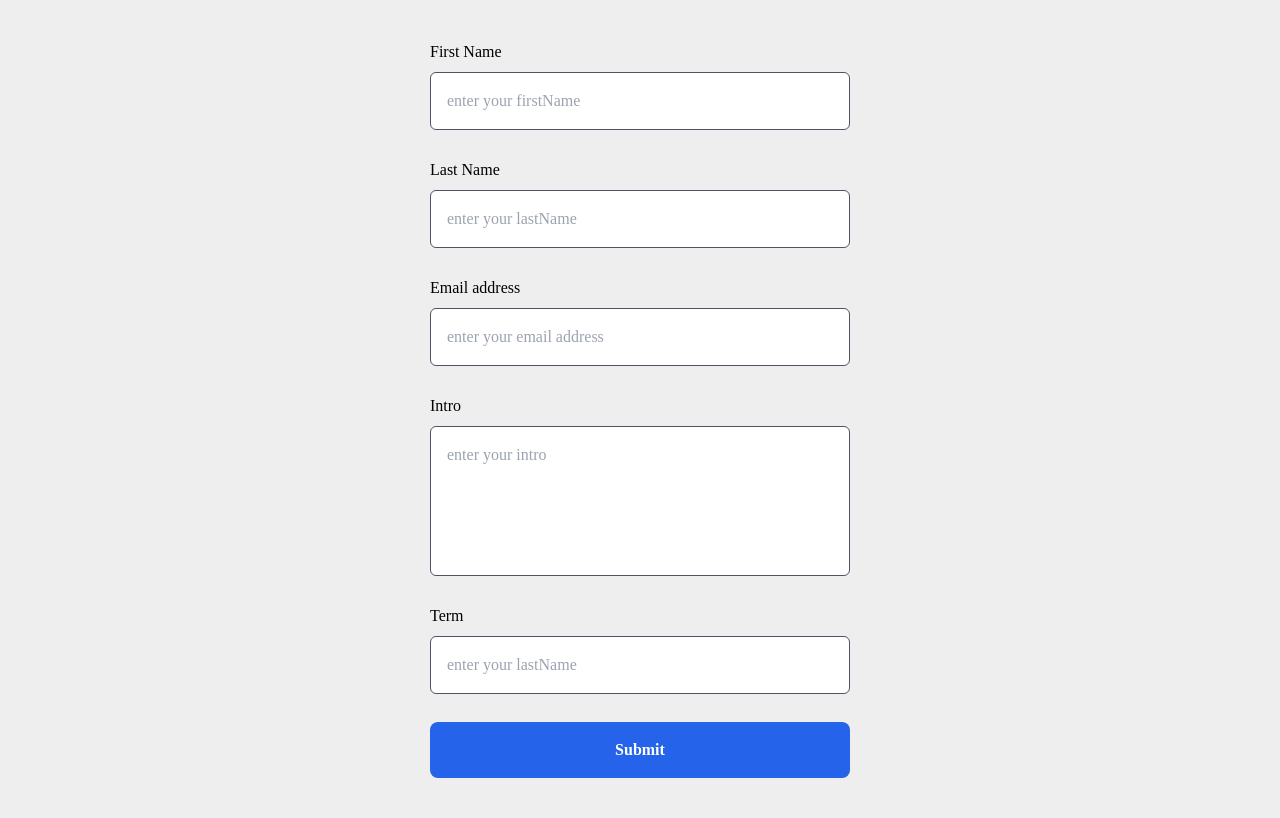
Repository: 16-Doffy/Fe-Khhoahoc
Page: /
The author's editor kept a copy of each file at every save. The page is drawn from the files as they stood at one save, then again after the next save.
The browser window is 1280 px wide. The pictures show the whole page.
The project was rebuilt for these pictures with package versions that can differ from the ones it lists, and the page was loaded fresh each time. Also part of the build but not shown: src/App.css.

Above is the page before, as saved 2025-02-11 20:11:03.

### src/index.js
import React from 'react';
import ReactDOM from 'react-dom/client';
import './index.css';
import App from './App';
import reportWebVitals from './reportWebVitals';
import "./index.scss"
const root = ReactDOM.createRoot(document.getElementById('root'));
root.render(
  <React.StrictMode>
    <App />
  </React.StrictMode>
);

// If you want to start measuring performance in your app, pass a function
// to log results (for example: reportWebVitals(console.log))
// or send to an analytics endpoint. Learn more: https://bit.ly/CRA-vitals
reportWebVitals();

### src/App.js
import "./App.css";
import SignUpFormV2Final from "./components/Form/SignUpFormV2Final";


function App() {
  return (
    <div>
      <SignUpFormV2Final />
    </div>
  );
}

export default App;

//<CardList><Card2/>
// const theme = {
//   //wanna change color in the future come here to change
//   colors: {
//     blue: "#2979ff",
//   },
//   orange: "#ffa440",
// };
// {/* <ThemeProvider theme={theme}>
// <CardList>
// <Card2 secondary={true}></Card2>
// <Card2 secondary={false}></Card2>
// <Card2 secondary={true}></Card2>
// <Card2 secondary={false}></Card2>
// <Card2 secondary={true}></Card2>
//  </CardList>
// </ThemeProvider> */}

### src/index.scss
@tailwind base;
@tailwind components;
@tailwind utilities;

@layer base {
    @import url("https://fonts.googleapis.com/css2?family=Poppins:ital,wght@0,100;0,200;0,300;0,400;0,500;0,600;0,700;0,800;0,900;1,100;1,200;1,300;1,400;1,500;1,600;1,700;1,800;1,900&display=swap");
    body{
        font-family: "Poppins", serif;
    }
}
.skeleton {
    background-color: #eee;
    background-image: linear-gradient(110deg, #ececec, 8%,#f5f5f5, 18% , #ececec, 33%);
    border-radius: 5px;
    background-size: 200% 100%;
    animation:  1.5 shine linear infinite;
}
@keyframes shine {
    to {
        background-position-x:-200% ;
    }
}

### src/components/Form/SignUpFormV2Final.js
import React from "react";
import { Formik, Form, Field, ErrorMessage } from "formik";
import * as Yup from "yup";

const SignUpFormV2Final = () => {
  return (
    <Formik
      initialValues={{
        firstName: "",
        lastName: "",
        email: "",
        intro: "",
        job: "",
        terms: false, //check box
      }}
      validationSchema={Yup.object({
        firstName: Yup.string()
          .max(20, "Must be 20 characters or less")
          .required("Required"),
        lastName: Yup.string()
          .max(10, "Must be 10 characters or less")
          .required("Required"),
        email: Yup.string().email("example: guest@gmail.com")
          .required("Required"),
        intro: Yup.string()
          .required("Required"),
        job: Yup.string()
          .required("Required"),
        term: Yup.boolean()

      })}
      onSubmit={(values) => {
        console.log("value", values);
      }}
    >
      <Form className="p-10 w-full max-w-[500px] mx-auto">
        <div className="flex flex-col gap-2 mb-5">
          <label htmlFor="firstName">First Name</label>
          <Field
            name="firstName"
            type="text"
            placeholder="enter your firstName"
            className="p-4 rounded-md border border-gray-600"
          ></Field>
          <div className="text-sm text-red-500">
            <ErrorMessage name="firstName"></ErrorMessage>
          </div>
        </div>

        <div className="flex flex-col gap-2 mb-5">
          <label htmlFor="lastName">Last Name</label>
          <Field
            name="lastName"
            type="text"
            placeholder="enter your lastName"
            className="p-4 rounded-md border border-gray-600"
          ></Field>
          <div className="text-sm text-red-500">
            <ErrorMessage name="lastName"></ErrorMessage>
          </div>
        </div>


        <div className="flex flex-col gap-2 mb-5">
          <label htmlFor="email">Email address</label>
          <Field
            name="email"
            type="text"
            placeholder="enter your email address"
            className="p-4 rounded-md border border-gray-600"
          ></Field>
          <div className="text-sm text-red-500">
            <ErrorMessage name="email"></ErrorMessage>
          </div>
        </div>

        <div className="flex flex-col gap-2 mb-5">
          <label htmlFor="intro">Intro</label>
          <Field
            name="intro"
            type="text"
            placeholder="enter your intro"
            className="p-4 rounded-md border border-gray-600 h-[150px] resize-none"
            as="textarea"
          ></Field>
          <div className="text-sm text-red-500">
            <ErrorMessage name="intro"></ErrorMessage>
          </div>
        </div>





        <div className="flex flex-col gap-2 mb-5">
          <label htmlFor="term">Term</label>
          <Field
            name="term"
            type="text"
            placeholder="enter your lastName"
            className="p-4 rounded-md border border-gray-600"
          ></Field>
          <div className="text-sm text-red-500">
            <ErrorMessage name="term"></ErrorMessage>
          </div>
        </div>

        <div>
          <button
            type="submit"
            className="w-full p-4 bg-blue-600 text-white font-semibold rounded-lg"
          >
            Submit
          </button>
        </div>
      </Form>
    </Formik>
  );
};

export default SignUpFormV2Final;

### tailwind.config.js
/** @type {import('tailwindcss').Config} */
module.exports = {
  mode: "jit",
  content: ["./src/**/*.{html,js}"],
  theme: {
    extend: {
      backgroundImage: {
        'radiant': `linear-gradient(0.25turn, #3f87a6, #ebf8e1, #f69d3c)`,
        'footer-texture': "url('/img/footer-texture.png')", // Sửa ở đây
        'secondary-radiant': `linear-gradient(#e66465, #9198e5)`,
      },
    },
  },
  plugins: [],
}

Loaded but not shown: public/index.html (common file); src/index.css (common file); src/reportWebVitals.js (common file)

After the next save:
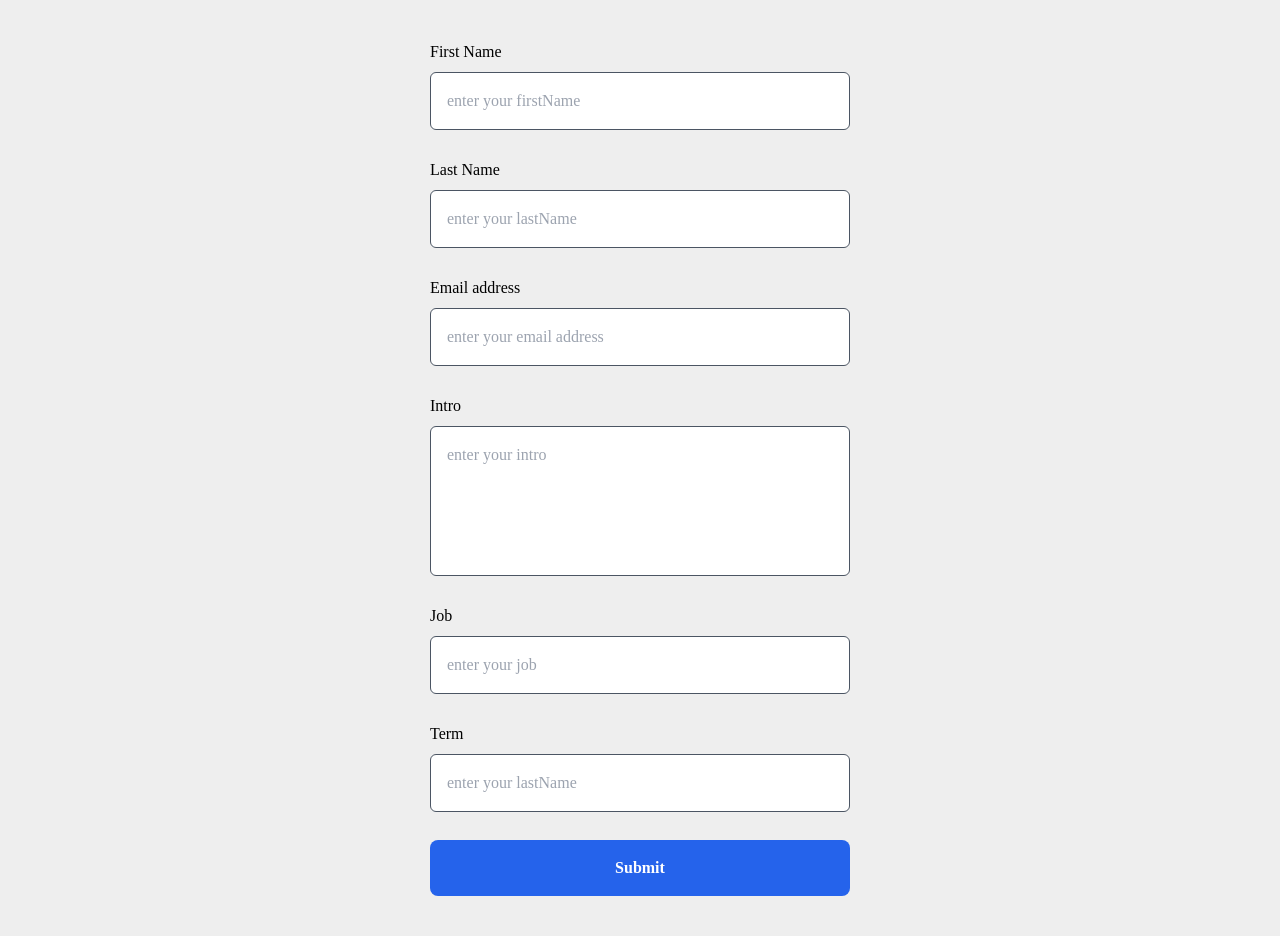
Saved 33 s later.
--- a/src/components/Form/SignUpFormV2Final.js
+++ b/src/components/Form/SignUpFormV2Final.js
@@ -88,7 +88,18 @@ const SignUpFormV2Final = () => {
           </div>
         </div>
 
-
+        <div className="flex flex-col gap-2 mb-5">
+          <label htmlFor="job">Job</label>
+          <Field
+            name="job"
+            type="text"
+            placeholder="enter your job"
+            className="p-4 rounded-md border border-gray-600"
+          ></Field>
+          <div className="text-sm text-red-500">
+            <ErrorMessage name="job"></ErrorMessage>
+          </div>
+        </div>
 
 
 
